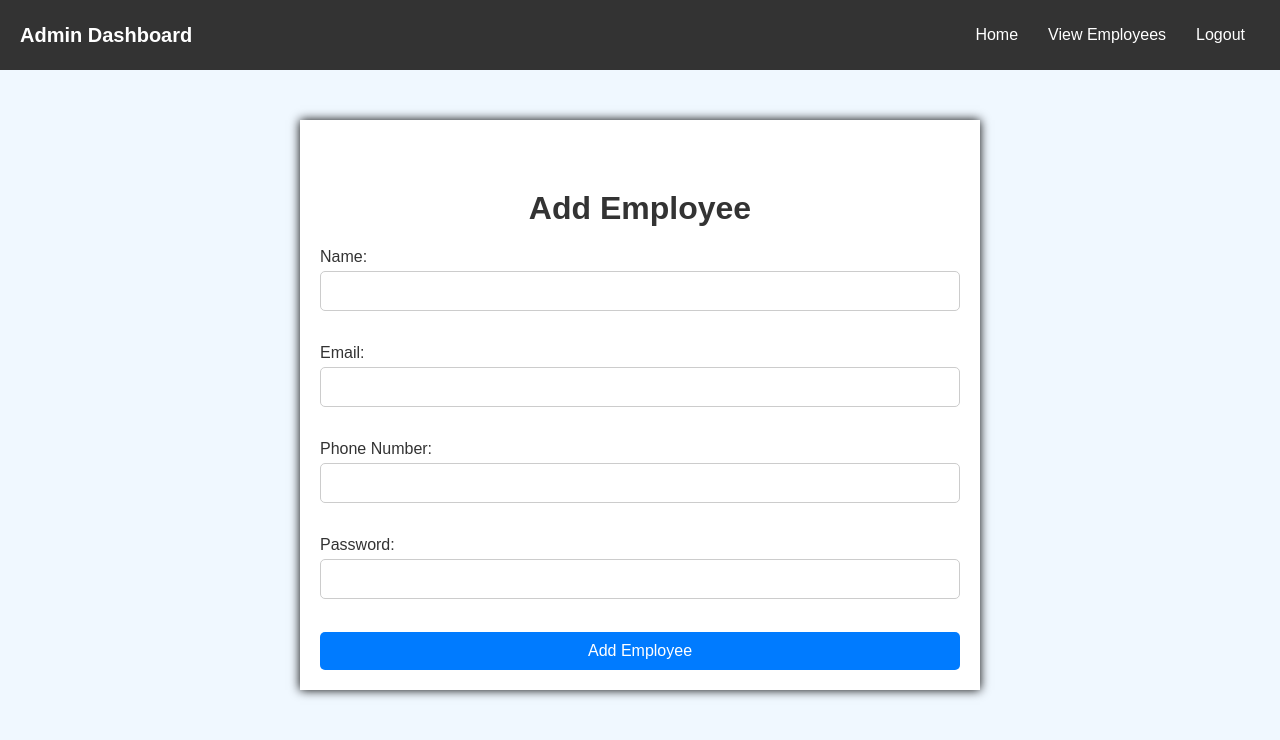
Repository: brijeshparmar2054/javaproject
Page: http://localhost/admin/addemployee
An editor plug-in stored every save of this project. The page is shown before and after the next save, followed by the edit.
The browser window is 1280 px wide. The pictures show the whole page.
The page is this project's Thymeleaf template; nobody is signed in. The template is opened directly, without the code that normally fills it, so the values that code supplies are empty.

Above is the page before, as saved 2024-06-22 04:54:04.

After the next save:
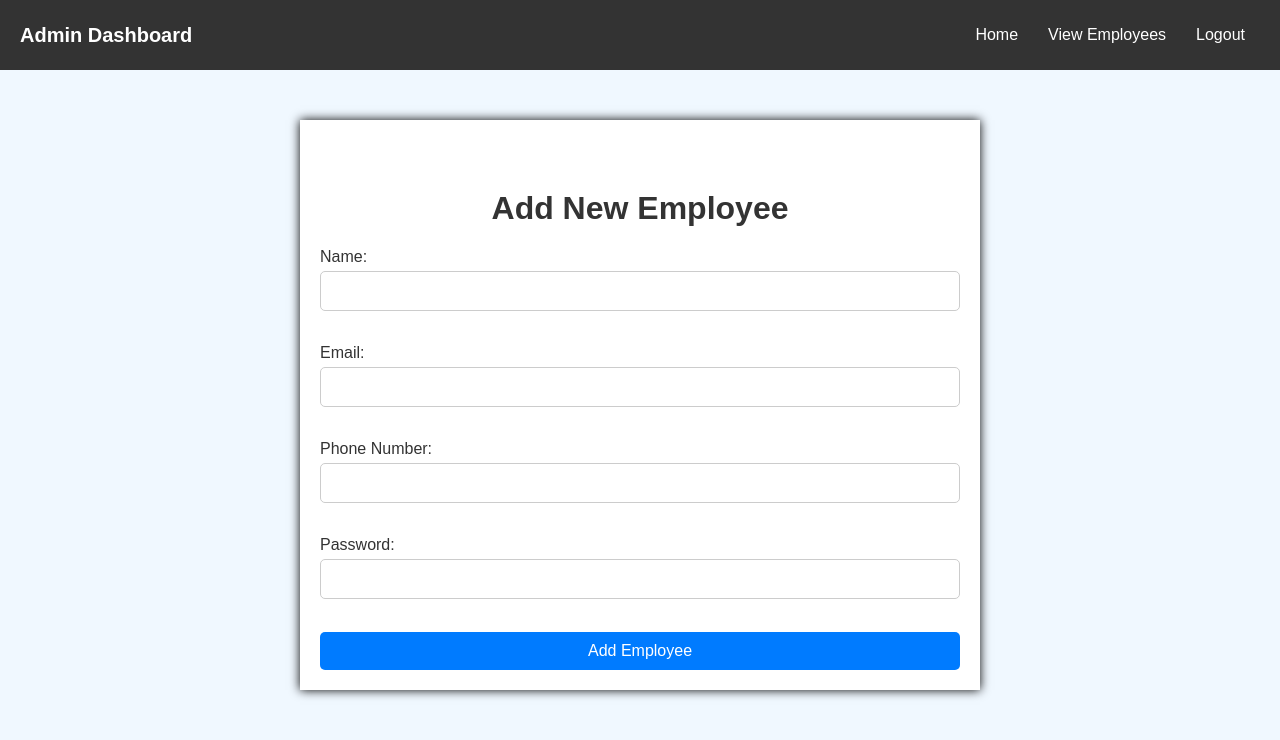
Saved 12 s later.
--- a/cma/web-project/src/main/resources/templates/admin/addemployee.html
+++ b/cma/web-project/src/main/resources/templates/admin/addemployee.html
@@ -22,7 +22,7 @@
 	</nav>
 
 	<div class="container" id="dashboard">
-    	<h1>Add Employee</h1>
+    	<h1>Add New Employee</h1>
         <form action="#" th:action="@{save}" method="post" id="form">
             <label for="name">Name:</label>
             <input type="text" id="name" name="name" required><br>
